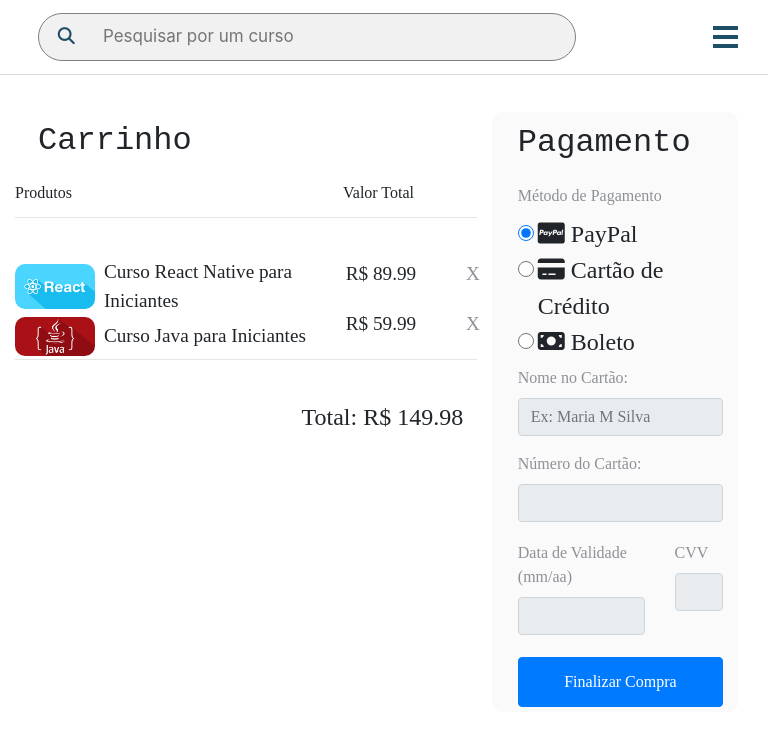
Repository: dudualtmann/Wissen
Page: Projeto Final2/WebContent/checkout.html
An editor plug-in stored every save of this project. The page is shown before and after the next save, followed by the edit.
The browser window is 768 px wide. The pictures show the whole page.
Some web fonts or font styles are not loaded; a fallback is used. Some web libraries are served in a nearby version.

Above is the page before, as saved 2021-01-30 06:54:55.

### Projeto Final2/WebContent/checkout.html
<!doctype html>
<html lang="pt-br">
  <head>
    <title>Wissen | Checkout</title>
    <!-- Required meta tags -->
    <meta charset="ISO-8859-1">
    <meta name="viewport" content="width=device-width, initial-scale=1, shrink-to-fit=no">
    <link href="https://fonts.googleapis.com/css2?family=Bree+Serif&display=swap" rel="stylesheet">
    <link href="https://fonts.googleapis.com/css2?family=Big+Shoulders+Inline+Display:wght@600&display=swap" rel="stylesheet">
    <link rel="preconnect" href="https://fonts.gstatic.com">
    <link href="https://fonts.googleapis.com/css2?family=Major+Mono+Display&display=swap" rel="stylesheet">
    <link rel="stylesheet" href="css/style.css">
    <link rel="stylesheet" href="css/checkout.css">
    <script src="https://kit.fontawesome.com/b1b1442df1.js" crossorigin="anonymous"></script>
    <!-- Bootstrap CSS -->
    <link rel="stylesheet" href="https://stackpath.bootstrapcdn.com/bootstrap/4.3.1/css/bootstrap.min.css" integrity="sha384-ggOyR0iXCbMQv3Xipma34MD+dH/1fQ784/j6cY/iJTQUOhcWr7x9JvoRxT2MZw1T" crossorigin="anonymous">
  </head>
  <body>

    <header class="header-wissen">
        <nav class="menu-topo-wissen row">
        <div class="wis-menu col-sm-2">
            <a class="logo-wissen-a" href="index.html" title="Wissen - A Plataforma do Conhecimento">
                <img class="logo-wissen" src="images/labelwissen.png" alt="WISSEN">
            </a>
        </div>

        <nav class="menu-itens col-sm-6">
            <span class="nav-item"><a href="#">Categorias</a></span>
            <span class="span-search">
                <input type="text" placeholder="Pesquisar por um curso">
                <button type="submit"><i class="fa fa-search"></i></button>
            </span>
        </nav>

        <div class="login-box col-sm-4 pr-5">
            <a class="btn-cart" href="#" role="button" ><i class="fas fa-shopping-cart"></i></a>
            <a class="btn-heart" href="#" role="button" ><i class="fas fa-heart"></i></a>
            <a class="btn-cursos" href="#" role="button" >Meus Cursos</a>
            <a href="#"><i class="fas fa-user link-login-wissen login-svg" ></i></a>
        </div>
    </nav>
    <!-- Mobile -->
    <nav class="nav-mobile">


        <span class="span-search">
            <input type="text" placeholder="Pesquisar por um curso">
            <button type="submit"><i class="fa fa-search"></i></button>
        </span>



        <div class="burger">
            <div class="line1"></div>
            <div class="line2"></div>
            <div class="line3"></div>
        </div>

        <ul class="nav-links">
            <li class="nav-li1"><a href="#">Categorias</a></li>
            <li ><a class="btn-cart" href="#" role="button" ><i class="fas fa-shopping-cart"></i></a></li>
            <li ><a class="btn-heart" href="#" role="button" ><i class="fas fa-heart"></i></a></li>
            <li ><a class="btn-cursos" href="#" role="button" >Meus Cursos</a></li>
            <li><a href="#"><i class="fas fa-user link-login-wissen login-svg"></i></a></li>
            <li><a class="logo-wissen-a" href="home.html" title="Wissen - A Plataforma do Conhecimento">
                <img class="logo-wissen" src="images/labelwissen.png" alt="WISSEN">
            </a></li>
        </ul>
    </nav>
    </header>

    <main class="container-fluid">
        <form action="SvCadastroPedido" method="POST">
            <input type="hidden" name="id_cursos" id="id_cursos" value="">
            <input type="hidden" name="total-price" id="total-price" value="">

        <section class="row main-section">

        <div class="col-md-8 left-col">
            <p class="p-title">Carrinho</p>
            <div class="divider">
                <div class="div-products">
                    <div class="row labels">
                        <p class="col-md-8">Produtos</p>
                        <p class="col-md-4">Valor Total</p>
                    </div>
                    <hr>

                    <div class="courses row align-items-center">
                        <div class="col-md-8 item">
                            <img src="images/react.png" alt="">
                            <div class="p-text">Curso React Native para Iniciantes</div>
                        </div>
                        <div class="col-md-3">
                            <div class="p-text">R$ 89.99</div>
                        </div>
                        <div class="col-md-1"><button class="btn-x">X</button></div>
                        <input type="hidden" class="id-curso" value="2">
                    </div>

                    <div class="courses row align-items-center">
                        <div class="col-md-8 item">
                            <img src="images/java.png" alt="">
                            <div class="p-text">Curso Java para Iniciantes</div>
                        </div>
                        <div class="col-md-3">
                            <div class="p-text">R$ 59.99</div>
                        </div>
                        <div class="col-md-1"><button class="btn-x">X</button></div>
                        <input type="hidden" class="id-curso" value="1">
                    </div>

                    <hr>
                    <div class="total">
                        <p class="total-price">Total: R$ <span id="preco-total">149.98</span></p>
                    </div>

                </div>
            </div>
        </div>

        <div class="col-md-4 right-col">
            <p class="p-title">Pagamento</p>
            <div class="div-checkout">
                <label class="l-text">Método de Pagamento</label>
                <div class="form-check">
                    <label class="form-check-label">
                    <input type="radio" class="form-check-input" name="payment-method" id="" value="PayPal" checked>
                    <i class="fab fa-cc-paypal"></i> PayPal
                  </label>
                </div>
                <div class="form-check">
                    <label class="form-check-label">
                    <input type="radio" class="form-check-input" name="payment-method" id="" value="Cartão de Crédito">
                    <i class="fas fa-credit-card"></i> Cartão de Crédito
                  </label>
                </div>
                <div class="form-check">
                    <label class="form-check-label">
                    <input type="radio" class="form-check-input" name="payment-method" id="" value="Boleto">
                    <i class="fas fa-money-bill"></i> Boleto
                  </label>

                </div>
                <div class="form-group first-input">
                    <label class="l-text">Nome no Cartão:</label>
                    <input type="text"
                      class="form-control" name="name" id="" aria-describedby="helpId" placeholder="Ex: Maria M Silva" disabled>
                </div>
                <div class="form-group">
                    <label class="l-text">Número do Cartão:</label>
                    <input type="text"
                      class="form-control" name="name" id="" aria-describedby="helpId" placeholder="" disabled>
                </div>

                <div class="row">
                  <div class="form-group col-md-8">
                    <label class="l-text">Data de Validade (mm/aa)</label>
                    <input type="text"
                        class="form-control" name="" id="" aria-describedby="helpId" placeholder="" disabled>
                  </div>
                  <div class="form-group col-md-4">
                    <label class="l-text">CVV</label>
                    <input type="number"
                        class="form-control" name="" id="" aria-describedby="helpId" placeholder="" disabled>
                  </div>
                </div>

                <input name="" id="" class="btn btn-primary btn-finalizar" type="submit" value="Finalizar Compra">
            </div>
        </div>

    </section>
    </form>
    </main>





    <!-- Optional JavaScript -->

    <script src="https://ajax.googleapis.com/ajax/libs/jquery/3.5.1/jquery.min.js"></script>


    <!-- jQuery first, then Popper.js, then Bootstrap JS -->
    <script src="https://code.jquery.com/jquery-3.3.1.slim.min.js" integrity="sha384-q8i/X+965DzO0rT7abK41JStQIAqVgRVzpbzo5smXKp4YfRvH+8abtTE1Pi6jizo" crossorigin="anonymous"></script>
    <script src="https://cdnjs.cloudflare.com/ajax/libs/popper.js/1.14.7/umd/popper.min.js" integrity="sha384-UO2eT0CpHqdSJQ6hJty5KVphtPhzWj9WO1clHTMGa3JDZwrnQq4sF86dIHNDz0W1" crossorigin="anonymous"></script>
    <script src="https://stackpath.bootstrapcdn.com/bootstrap/4.3.1/js/bootstrap.min.js" integrity="sha384-JjSmVgyd0p3pXB1rRibZUAYoIIy6OrQ6VrjIEaFf/nJGzIxFDsf4x0xIM+B07jRM" crossorigin="anonymous"></script>
    <script src="js/nav.js"></script>
    <script src="js/checkout.js"></script>

  </body>
</html>

### Projeto Final2/WebContent/css/style.css
/* style.css */

/* --- Header ---- */

.menu-topo-wissen{
    width: 100%;
}

.logo-wissen{
    margin-left: 25px;
    width: 170px;
}

.header-wissen{
    height: 75px;
    position: fixed;
    top: 0;
    z-index: 120;
    background-color: #fff;
    width: 100%;
    display: flex;
    align-items: center;
    padding: 0;
    border-bottom: 1px solid #dadada;
    box-sizing: border-box;
}

.login-box{
    display: flex;
    flex: 0 0 auto;
    align-items: center;
    justify-content: flex-end;
}

.login-svg{
    width: 30px;
}

.btn-cadastrar{
    background: #D9E7EE;
    right: 25px;
    color: #1F4F66;
    top: 18px;
    padding: 13px 20px;
    border-radius: 26px;
    font-weight: 600;
    margin-right: 10px;
    cursor: pointer;
    text-decoration: none;
}

.menu-itens{
    display: flex;
    justify-content: flex-start;
    align-items: center;
    font-family: 'Bree Serif', serif;
}

.menu-itens span a{
    text-decoration: none;
    color: #1F4F66;
    font-size: 1.4rem;
}

.menu-itens span a:hover{
    color: #1f50669a;
}

.nav-item{
    margin-left: 5%;
}

.burger{
    display: none;
}

.burger div{
    width: 25px;
    height: 4px;
    background-color:  #1F4F66;
    margin: 5px;
}

.nav-links{
    font-family: 'Bree Serif', serif;
    list-style: none;
    color: #1F4F66;
    font-size: 1.4rem;
    display: none;
}

.nav-links a{
    color: #1F4F66;
    text-decoration: none;
}

.nav-links a:hover{
    color: #1f50669a;
    text-decoration: none;
}

.nav-mobile{
    display: none;
}

/* CSS da NAV de quanto está logado */

.btn-cart{
    color: #1F4F66;
    font-size: 25px;
    padding: 13px 20px;

}

.btn-heart{
    color: #1F4F66;
    font-size: 25px;
    padding: 13px 20px;
    border-radius: 26px;
    margin-right: 20px;
}

.login-box a:hover{
    color:  #1f50669a;
}

.span-search {
    border: 1px solid grey;
    background: #f1f1f1;
    border-radius: 25px;
    width: 100%;
    margin-left: 5%;
}

.span-search input{
    padding: 10px;
    font-size: 17px;
    border: none;
    width: 90%;
    background: transparent;
    outline: none;
}

.span-search button {
    width: 10%;
    padding: 10px;
    float: left;
    background-color: transparent;
    border: none;
    text-decoration: none;
    color: #1F4F66;
    font-size: 17px;
    border-left: none; /* Prevent double borders */
    cursor: pointer;
}

.btn-cursos{
    font-family: 'Bree Serif', serif;
    text-decoration: none;
    color: #1F4F66;
    font-size: 1.4rem;
    margin-right: 5%;
}

.btn-cursos:hover{
    text-decoration: none;
    color:  #1f50669a;
}

.login-svg{
    color: #1F4F66; font-size: 30px;

}

.cart-number{
    position: absolute;
    text-align: center;
    font-family: 'Bree Serif', serif;
    top: 15px;
    right: 327px;
    background-color: red;
    width: 20px;
    border-radius: 80%;
}

/* Footer */

.footer-wissen{
    width: 100vw;
    background-color: rgb(241, 241, 241);
}

.footer-slogan h1{
    color: black;
    font-family: 'Bree Serif', serif;
    font-size: 24px;
    font-weight: 600;
    line-height: 1.88;
}

.copyright p{
    color:  rgba(121, 121, 121, 0.7);
    font-family: Inter;
    font-size: 1.3rem;
    font-weight: 300;
}



@media screen and (max-width:848px){

    .nav-mobile{
        display: flex;
        justify-content: space-around;
        align-items: center;
    }

    .wis-menu{
        position: absolute;
        left: 0;
    }

    .menu-topo-wissen .wis-menu,.menu-topo-wissen .menu-itens, .menu-topo-wissen .login-box{
        display: none;
    }

    .burger{
        display: block;
        margin-right: 25px;
        cursor: pointer;
    }

    .nav-links{
        display: flex;
        position: absolute;
        right: 0px;
        height: 110vh;
        top: 75px;
        background-color:#fff;
        flex-direction: column;
        align-items: center;
        width: 100%;
        transition: transform 0.5s ease-in;
        transform: translateX(100%);
    }

    .nav-links li{
        padding: 20px;
        opacity: 0;
    }

    .nav-li1{
        margin-top: 20px;
    }

    .login-box{
        margin-left: 40%;
    }

    .span-search input{
        width: 80%;
    }

    .span-search{
        width: 70%;
        position: absolute;
        left: 0;
    }

    .btn-heart{
        margin-right: 0;
    }

    .btn-cursos{
        margin-right: 0;
    }



}

.nav-active{
    transform: translateX(0%);
}

@keyframes navLinkFade{
    from{
        opacity: 0;
        transform: translateX(50px);
    }
    to{
        opacity: 1;
        transform: translateX(0px);
    }
}

### Projeto Final2/WebContent/css/checkout.css
/* checkout.css */

*{
    margin: 0px;
    padding: 0px;
    box-sizing: border-box;
    text-decoration: none;

}

.main-section{
    margin-top: 75px;
    width: 100%;
    height: 100%;
}

.p-title{
    margin-top: 1%;
    font-size: 2.0rem;
    margin-left: 5%;
    font-family: 'Major Mono Display', monospace;
}

.left-col,.right-col{
    margin-top: 5%;
    height: 600px;
}

/* Left-col */

.div-products{
    font-family: 'Bree Serif', serif;
    width: 85%;
}

.labels{
    height: 20px;
}

.divider{
    width: 100%;
    margin-top: 3%;
    display: flex;
    justify-content: center;
}

.courses{
    margin-top: 2%;
    height: 50px;
}

.btn-x{
    background-color: #FFFFFF;
    border: none;
    width: 100%;
    font-size: 1.2rem;
    color: #8E9197;
}

.btn-x:hover{
    color: #c4c4c5;
}

.p-text{
    font-size: 1.2rem;
    margin-left: 3%;
}

.item{
    display: flex;
    align-items: center;
}

.item img{
    width: 80px;
    border-radius: 10px;
}

.total{
    display: flex;
    width: 100%;
    justify-content: flex-end;
}

.total-price{
    margin-right: 3%;
    font-size: 1.5rem;
}

/* Right-col */

.right-col{
    background-color: #FAFAFA;
    padding: 5px;
    border-radius: 10px;
}

.div-checkout{
    margin-top: 8%;
    margin-left: 5%;
    font-family: 'Bree Serif', serif;
}

.l-text{
    font-family: 'Bree Serif', serif;
    font-size: 1.0rem;
    color: #8E9197;
}

.form-check-label{
    font-size: 1.5rem;
}

.form-check-input{
    height: 1.5rem;
    width: 1rem;
}

.form-group{
    margin-top: 1%;
}

.first-input{
    margin-top: 3%;
}

.btn-finalizar{
    margin-top: 3%;
    width: 100%;
    height: 50px;
}

@media screen and (max-width: 768px){
	.div-products{
    width: 100%;
}

.total-price{
	margin-top: 5%;
}

.item{
	margin-top: 5%;
}

.btn-x{
	width:5%;
}
	}

### Projeto Final2/WebContent/js/nav.js
// nav.js
const navSlide = () =>{
    const burger = $('.burger').get(0);
    const nav = $('.nav-links').get(0);
    const navLinks = document.querySelectorAll('.nav-links li');
    const navLinks2 = $('nav-links li');


    burger.addEventListener('click', () => {
        // Toggle Nav
        nav.classList.toggle('nav-active');
        // Animated Links
        navLinks.forEach((link,index) => {
        if(link.style.animation){
            link.style.animation = '';
        }
        else{
            link.style.animation =  `navLinkFade 0.5s ease forwards ${index/5+0.5}s`;
        }

    });
    });

    $(document).on('click', '.nav-links li a', function(){
        // Toggle Nav
        nav.classList.toggle('nav-active');
        // Animated Links
        navLinks.forEach((link,index) => {
        if(link.style.animation){
            link.style.animation = '';
        }
        else{
            link.style.animation =  `navLinkFade 0.5s ease forwards ${index/5+0.5}s`;
        }

    });
    })





}

navSlide();

### Projeto Final2/WebContent/js/checkout.js
// checkout.js

$(document).ready(function(){
    var divCursos = $(".id-curso");
    let idCursos = "";



    for(i = 0; i < divCursos.length;i++){
        if(divCursos.eq(i).val() != undefined){
            if(i >= 1)
            idCursos += "," + divCursos.eq(i).val();
            else
            idCursos = divCursos.eq(0).val();
        }

    }

$('#id_cursos').val(idCursos);

$('#total-price').val($('#preco-total').text());

})

var carrinho = $('.cart-number').text();

$(document).on('click', '.btn-x', function() {
    let id = $(this).parent().parent().find("input").val();
    let parentDiv = $(this).parent().parent();
    let coursePrice = $(this).parent().parent().find(".col-md-3 .p-text .course-price").text();
    $.ajax({url:"SvRemoveCarrinho", data: {idCurso:id},type: "post", success: function(responseText) {
        if(responseText == "ok"){
            // Curso removido do carrinho com sucesso
            carrinho -= 1;
            $('.cart-number').text(carrinho).show();

            console.log(coursePrice + " Course-price");
            let totalPrice = $('#total-price').val();
            console.log(totalPrice + " total price");
            totalPrice -= coursePrice;
            $('#total-price').val(totalPrice);
            $('#preco-total').text(totalPrice)
            parentDiv.remove();
        } else{
            // Erro ao adicionar curso no carrinho
            alert('erro: '+responseText);
        }

    }});
});

$(document).on('change', "#credit-card",function(){
	if($(this).prop("checked")){
		$('.card-info').prop("disabled",false);
	}
});

$(document).on('change', '#paypal, #boleto',function(){
	if($(this).prop("checked")){
		$('.card-info').prop("disabled",true);
	}
});

After the next save:
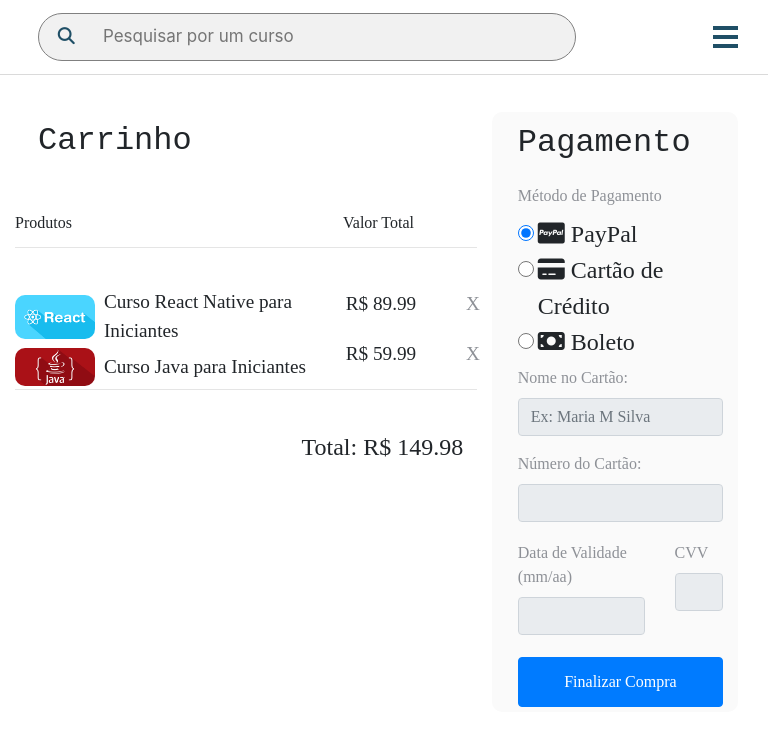
Saved 35 s later.
--- a/Projeto Final2/WebContent/css/checkout.css
+++ b/Projeto Final2/WebContent/css/checkout.css
@@ -146,4 +146,8 @@
 .btn-x{
 	width:5%;
 }
+
+.divider{
+	margin-top:10%;
+}
 	}
